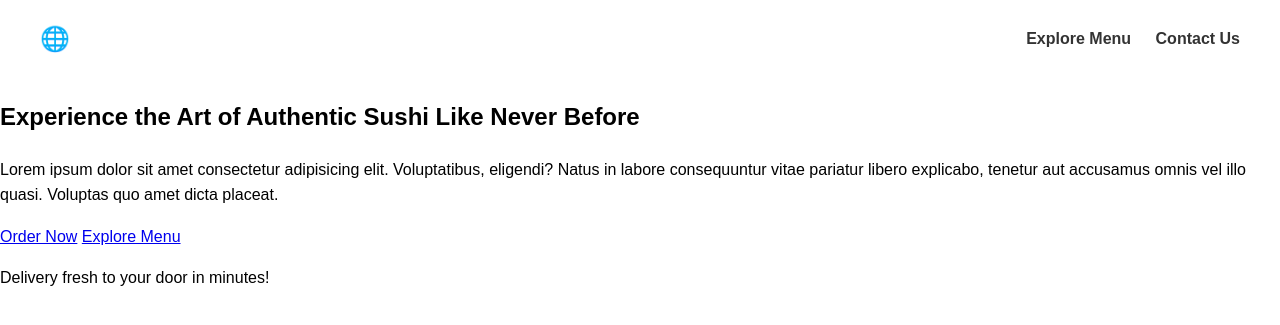
Repository: Femi007-gh/experience
Page: index.html
The author's editor kept a copy of each file at every save. The page is drawn from the files as they stood at one save, then again after a run of saves.
The browser window is 1280 px wide. The pictures show the whole page.

Above is the page before, as saved 2025-01-13 07:39:06.

After the next 3 saves:
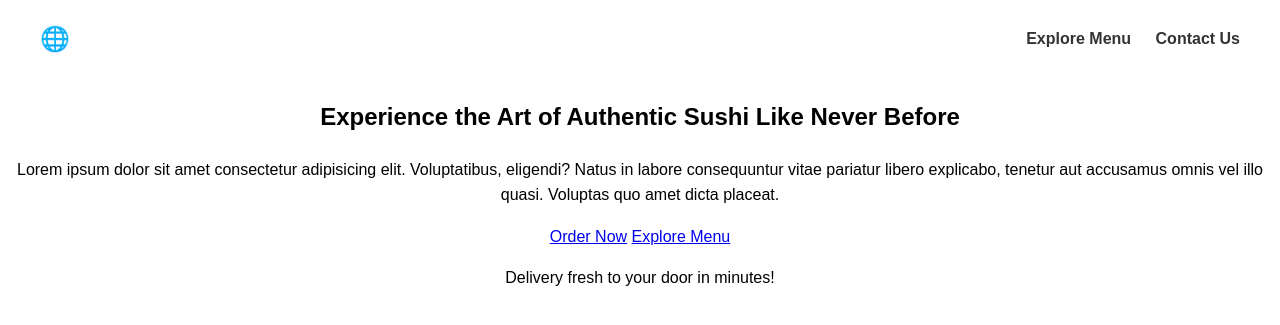
The 3 saves are shown as one change because they came seconds apart.
The last was saved 8 s later.
--- a/style.css
+++ b/style.css
@@ -31,5 +31,6 @@ header nav a:hover {
 }
 
 .hero {
-  text-align:;
+  text-align: center;
+  padding
 }
